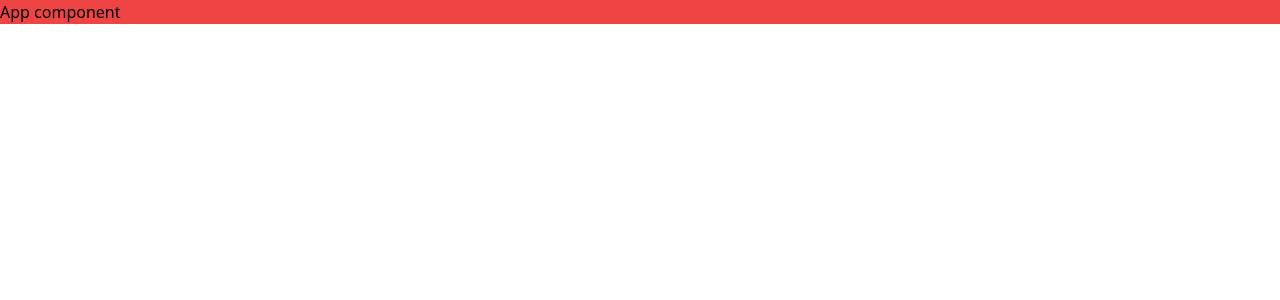
Repository: ymw0331/blog-mern-webapp
Page: / (app in client/)
The author's editor kept a copy of each file at every save. The page is drawn from the files as they stood at one save, then again after a run of saves.
The browser window is 1280 px wide. The pictures show the whole page.
The project was rebuilt for these pictures with package versions that can differ from the ones it lists, and the page was loaded fresh each time. Also part of the build but not shown: client/src/App.css.

Above is the page before, as saved 2022-12-10 19:16:08.

### client/src/App.js
import './App.css';

function App() {
  return <div className='bg-red-500'>App component</div>;
}

export default App;

Loaded but not shown: client/public/index.html (common file); client/src/index.js (common file); client/src/index.css (common file); client/src/reportWebVitals.js (common file); client/tailwind.config.js (common file)

After the next 2 saves:
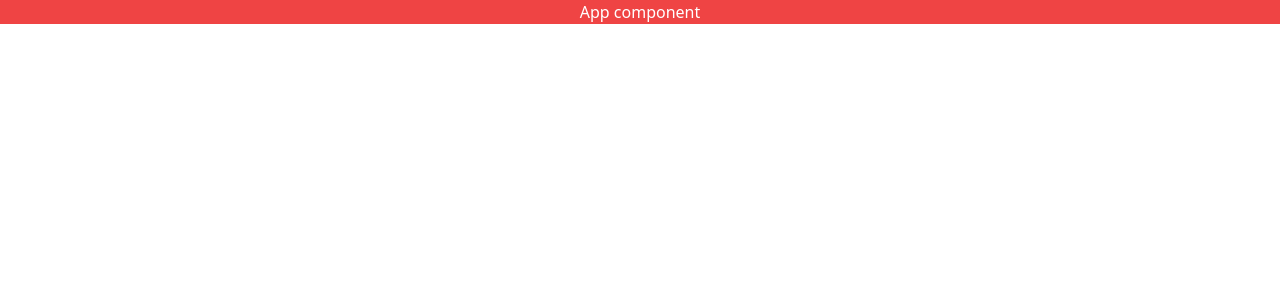
The 2 saves are shown as one change because they came seconds apart.
The last was saved 52 s later.
--- a/client/src/App.js
+++ b/client/src/App.js
@@ -1,7 +1,7 @@
 import './App.css';
 
 function App() {
-  return <div className='bg-red-500'>App component</div>;
+  return <div className='bg-red-500 text-center text-white'>App component</div>;
 }
 
 export default App;
